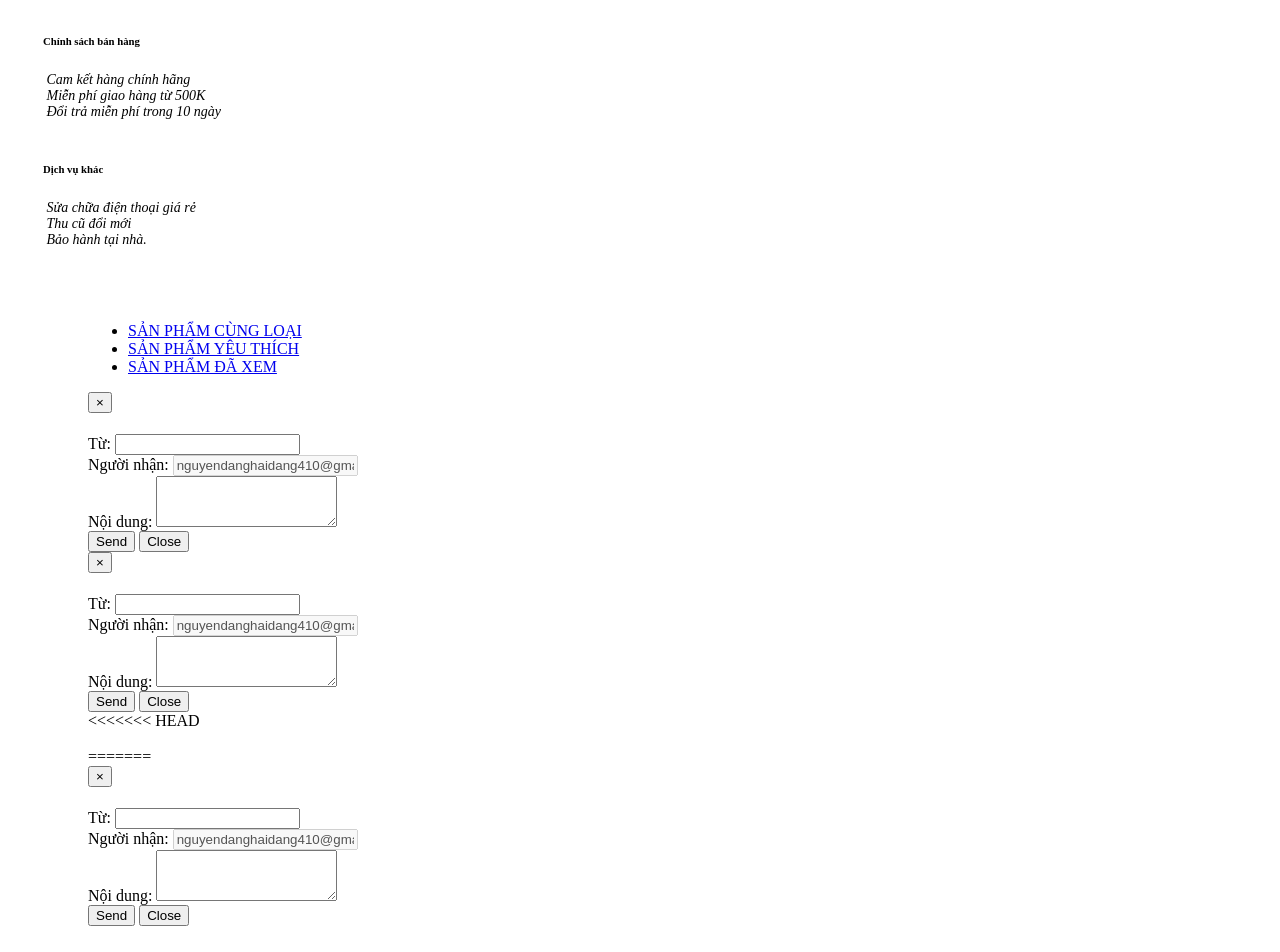
Repository: PhucDat28310/NaviProject
Page: http://localhost/CH_DT_Navi/WEB-INF/views/product/detail.jsp
These files come from the project's save history. The page is drawn as it stood at one moment and after the next save; the edit follows.
The browser window is 1280 px wide. The pictures show the part of the page from y = 1222 to 2174 px (the page is 2174 px tall before and 2156 px after).
The page is served by Tomcat 9. Nobody is signed in. Other server files are loaded and not shown. The template is opened directly, without the code that normally fills it, so the values that code supplies are empty.

Above is the page before, as saved 2023-03-30 04:14:33.

### CH-DT/CH_DT_Navi/src/main/webapp/WEB-INF/views/product/detail.jsp
<%@ page pageEncoding="utf-8"%>
<%@ taglib uri="http://java.sun.com/jstl/core_rt" prefix="c"%>
<%@ taglib uri="http://java.sun.com/jstl/fmt_rt" prefix="f"%>


<c:set var="cart" value="${sessionScope['scopedTarget.cartService']}" />
<br />
<div class="row">
	<div class="col-sm-9">
		<div class="ct1">
			<!-- SHOP PRODUCTS -->
			<div class="row">
				<div class="col-sm-5">

					<div class="product-image">
						<img src="/static/images/products/${prod.image}"
							title="${prod.name}">
					</div>
				</div>
				<div class="col-sm-7">
					<div class="san-pham-ct">
						<h3 style="color: black; font-weight: bold; text-align: left;">
							${prod.name}</h3>
						<p>
							Thương hiệu: <b>${prod.category.nameVN}</b> | SKU: ${prod.id}
						</p>
						<br /> <a href="/product/detail/${prod.id}"> <c:choose>
								<c:when test="${prod.discount > 0 }">
									<p
										style="background-color: red; width: 30px; height: 30px; text-align: right; float: right; position: relative; border-radius: 30px; margin-right: 110px">
										<span
											style="margin-left: -28px; margin-top: 5px; font-size: 14px; color: #fff; position: absolute;">
											-<f:formatNumber value="${prod.discount}" type="percent" />
										</span>
									</p>
								</c:when>
								<c:otherwise>

								</c:otherwise>
							</c:choose>


						</a>
						<p style="padding: 3px; font-size: 20px; font-weight: bold;">
							<c:choose>
								<c:when test="${prod.discount <= 0 }">
									<span
										style="text-align: left; font-weight: bold; color: red"><f:formatNumber
											value="${prod.unitPrice}" pattern="#,###" />VNĐ </span>
								</c:when>
								<c:otherwise>
									<span
										style="text-decoration: line-through; color: Gray; font-weight: bold;">
										<f:formatNumber value="${prod.unitPrice}" pattern="#,###" />
										VNĐ
									</span>
								</c:otherwise>
							</c:choose>
							<c:choose>
								<c:when test="${prod.discount > 0 }">
									<span style="margin-left: 5px; font-weight: bold; color: red">
										<f:formatNumber
											value="${prod.unitPrice * (1 - prod.discount)}"
											pattern="#,###" /> VNĐ
									</span>
								</c:when>
								<c:otherwise>

								</c:otherwise>
							</c:choose>
						</p>
						<p>
							Tình trạng: <span
								style="background-color: #99FF99; border-radius: 4px; padding: 3px; color: black; font-weight: bold;">${prod.available?'Còn hàng':'Hết hàng'}</span>
						</p>

						<div class="row">
							<div class="col-sm-6" data-id="${prod.id}">
								<button class="theo-vao-gio btn-add-to-carts"
									data-toggle="modal" data-target="#myModals">THÊM VÀO
									GIỎ</button>
							</div>

						</div>

					</div>
					<br>
					<div class="sp-km">
						<h6>Khuyến mãi liên quan</h6>
						<p>
							<img style="margin-top: -5px"
								src="/static/images/icon/icon_km.png" width="15px" height="15px">
							<span>Trả góp 0% + 0đ qua thẻ tín dụng</span>
						</p>
						<p>
							<img style="margin-top: -5px"
								src="/static/images/icon/icon_km.png" width="15px" height="15px">
							<span>Pin sạc dự phòng giảm 30% khi mua kèm</span>
						</p>
					</div>
				</div>
			</div>
		</div>
		<div class="sp-km">
			<p>${prod.description}</p>

		</div>
	</div>

	<!-- /SHOP PRODUCTS -->

	<div class="col-sm-3">
		<div class="ct2">
			<!-- SHOP SIDEBAR -->
			<b style="font-size: 15px; color: green;"><i class="fas fa-truck"></i>&nbsp;&nbsp;&nbsp;Sản
				phẩm được miễn phí giao hàng</b>
			<div class="sp-km">
				<h6>Chính sách bán hàng</h6>
				<i><i class="	far fa-check-circle ico"></i> &nbsp;Cam kết hàng
					chính hãng </i><br> <i><i class="fas fa-truck-monster ico"></i>
					&nbsp;Miễn phí giao hàng từ 500K</i><br> <i><i
					class="fas fa-redo ico"></i> &nbsp;Đổi trả miễn phí trong 10 ngày</i> <br>
				<br>
				<h6>Dịch vụ khác</h6>
				<i><i class="fas fa-hammer ico"></i> &nbsp;Sửa chữa điện thoại
					giá rẻ</i><br> <i><i class="fas fa-laptop ico"></i> &nbsp;Thu
					cũ đổi mới </i><br> <i><i class="fas fa-satellite-dish ico"></i>
					&nbsp;Bảo hành tại nhà.</i>
			</div>
			<!-- /SHOP SIDEBAR -->
		</div>
	</div>

</div>
</div>

<!-- /content -->
<br>


<!-- SP tương tự -->
<div class="container-fluid" style="padding: 0px 80px 0px 80px">
	<ul class="nav nav-tabs">
		<li class="active"><a data-toggle="tab" href="#tab1">SẢN PHẨM
				CÙNG LOẠI</a></li>
		<li><a data-toggle="tab" href="#tab2">SẢN PHẨM YÊU THÍCH</a></li>
		<li><a data-toggle="tab" href="#tab3">SẢN PHẨM ĐÃ XEM</a></li>
	</ul>

	<div class="tab-content">
		<div id="tab1" class="tab-pane fade in active">
			<div>
				<c:forEach var="p" items="${list}" begin="0" end="7">
					<div class="col-sm-3" style="padding: 5px 5px 5px 5px">
						<div class="thumbnail">

							<a href="/product/detail/${p.id}"> <c:choose>
									<c:when test="${p.discount > 0 }">
										<p
											style="background-color: red; width: 30px; height: 30px; text-align: right; float: right; position: relative; border-radius: 30px">
											<span
												style="margin-left: -28px; margin-top: 5px; font-size: 14px; color: #fff; position: absolute;">
												-<f:formatNumber value="${p.discount}" type="percent" />
											</span>
										</p>
									</c:when>
									<c:otherwise>

									</c:otherwise>
								</c:choose> <img style="margin-right: 30px; margin-top: 5px"
								class="estore-prod" src="/static/images/products/${p.image}"
								title="${p.name}">
							</a>

							<div class="caption">
								<p style="padding: 3px; text-align: center; color: black">
									<b>${p.name}</b>
								</p>
								<p
									style="padding: 3px; font-size: 15px; text-align: center; font-weight: bold;">
									<c:choose>
										<c:when test="${p.discount <= 0 }">
											<span style="text-align: left; font-weight: bold; color:red"><f:formatNumber
													value="${p.unitPrice}" pattern="#,###" />VNĐ </span>
										</c:when>
										<c:otherwise>
											<span
												style="text-decoration: line-through; color: Gray; font-weight: bold;">
												<f:formatNumber value="${p.unitPrice}" pattern="#,###" />
												VNĐ
											</span>
										</c:otherwise>
									</c:choose>
									<c:choose>
										<c:when test="${p.discount > 0 }">
											<span style="margin-left: 5px; font-weight: bold; color:red"> <f:formatNumber
													value="${p.unitPrice * (1 - p.discount)}" pattern="#,###" />
												VNĐ
											</span>
										</c:when>
										<c:otherwise>

										</c:otherwise>
									</c:choose>

								</p>
								<br /> <br />
								<div data-id="${p.id}" class="pull-center text-center">
									<button class="btn btn-sm btn-danger btn-add-to-cart">
										<i class="glyphicon glyphicon-shopping-cart"></i>
									</button>
									<button class="btn btn-sm btn-warning btn-star">
										<i class="glyphicon glyphicon-star"></i>
									</button>
									<button class="btn btn-sm btn-success btn-open-dialog"
										data-toggle="modal" data-target="#myModal">
										<i class="glyphicon glyphicon-envelope"></i>
									</button>
								</div>
							</div>


						</div>
					</div>

				</c:forEach>


				<jsp:include page="dialog.jsp" />
			</div>
		</div>
		<div id="tab2" class="tab-pane fade">
			<div>
				<c:forEach var="p" items="${favo}" begin="0" end="7">
					<div class="col-sm-3" style="padding: 5px 5px 5px 5px">
						<div class="thumbnail">

							<a href="/product/detail/${p.id}"> <c:choose>
									<c:when test="${p.discount > 0 }">
										<p
											style="background-color: red; width: 30px; height: 30px; text-align: right; float: right; position: relative; border-radius: 30px">
											<span
												style="margin-left: -28px; margin-top: 5px; font-size: 14px; color: #fff; position: absolute;">
												-<f:formatNumber value="${p.discount}" type="percent" />
											</span>
										</p>
									</c:when>
									<c:otherwise>

									</c:otherwise>
								</c:choose> <img style="margin-right: 30px; margin-top: 5px"
								class="estore-prod" src="/static/images/products/${p.image}"
								title="${p.name}">
							</a>

							<div class="caption">
								<p style="padding: 3px; text-align: center; color: black">
									<b>${p.name}</b>
								</p>
								<p
									style="padding: 3px; font-size: 15px; text-align: center; font-weight: bold;">
									<c:choose>
										<c:when test="${p.discount <= 0 }">
											<span style="text-align: left; font-weight: bold; color: red"><f:formatNumber
													value="${p.unitPrice}" pattern="#,###" />VNĐ </span>
										</c:when>
										<c:otherwise>
											<span
												style="text-decoration: line-through; color: Gray; font-weight: bold;">
												<f:formatNumber value="${p.unitPrice}" pattern="#,###" />
												VNĐ
											</span>
										</c:otherwise>
									</c:choose>
									<c:choose>
										<c:when test="${p.discount > 0 }">
											<span style="margin-left: 5px; font-weight: bold; color: red"> <f:formatNumber
													value="${p.unitPrice * (1 - p.discount)}" pattern="#,###" />
												VNĐ
											</span>
										</c:when>
										<c:otherwise>

										</c:otherwise>
									</c:choose>

								</p>
								<br /> <br />
								<div data-id="${p.id}" class="pull-center text-center">
									<button class="btn btn-sm btn-danger btn-add-to-cart">
										<i class="glyphicon glyphicon-shopping-cart"></i>
									</button>
									<button class="btn btn-sm btn-warning btn-star">
										<i class="glyphicon glyphicon-star"></i>
									</button>
									<button class="btn btn-sm btn-success btn-open-dialog"
										data-toggle="modal" data-target="#myModal">
										<i class="glyphicon glyphicon-envelope"></i>
									</button>
								</div>
							</div>


						</div>
					</div>

				</c:forEach>


				<jsp:include page="dialog.jsp" />
			</div>
		</div>
		<div id="tab3" class="tab-pane fade">
			<div>
				<c:forEach var="p" items="${viewed}" begin="0" end="7">
					<div class="col-sm-3" style="padding: 5px 5px 5px 5px">
						<div class="thumbnail">

							<a href="/product/detail/${p.id}"> <c:choose>
									<c:when test="${p.discount > 0 }">
										<p
											style="background-color: red; width: 30px; height: 30px; text-align: right; float: right; position: relative; border-radius: 30px">
											<span
												style="margin-left: -28px; margin-top: 5px; font-size: 14px; color: #fff; position: absolute;">
												-<f:formatNumber value="${p.discount}" type="percent" />
											</span>
										</p>
									</c:when>
									<c:otherwise>

									</c:otherwise>
								</c:choose> <img style="margin-right: 30px; margin-top: 5px"
								class="estore-prod" src="/static/images/products/${p.image}"
								title="${p.name}">
							</a>

							<div class="caption">
								<p style="padding: 3px; text-align: center; color: black">
									<b>${p.name}</b>
								</p>
								<p
									style="padding: 3px; font-size: 15px; text-align: center; font-weight: bold;">
									<c:choose>
										<c:when test="${p.discount <= 0 }">
											<span style="text-align: left; font-weight: bold; color: red"><f:formatNumber
													value="${p.unitPrice}" pattern="#,###" />VNĐ </span>
										</c:when>
										<c:otherwise>
											<span
												style="text-decoration: line-through; color: Gray; font-weight: bold;">
												<f:formatNumber value="${p.unitPrice}" pattern="#,###" />
												VNĐ
											</span>
										</c:otherwise>
									</c:choose>
									<c:choose>
										<c:when test="${p.discount > 0 }">
											<span style="margin-left: 5px; font-weight: bold; color: red"> <f:formatNumber
													value="${p.unitPrice * (1 - p.discount)}" pattern="#,###" />
												VNĐ
											</span>
										</c:when>
										<c:otherwise>

										</c:otherwise>
									</c:choose>

								</p>
								<br /> <br />
								<div data-id="${p.id}" class="pull-center text-center">
									<button class="btn btn-sm btn-danger btn-add-to-cart">
										<i class="glyphicon glyphicon-shopping-cart"></i>
									</button>
									<button class="btn btn-sm btn-warning btn-star">
										<i class="glyphicon glyphicon-star"></i>
									</button>
									<button class="btn btn-sm btn-success btn-open-dialog"
										data-toggle="modal" data-target="#myModal">
										<i class="glyphicon glyphicon-envelope"></i>
									</button>
								</div>
							</div>


						</div>
					</div>

				</c:forEach>

			</div>
		</div>
<<<<<<< HEAD
</div>
	<br />
=======
		<jsp:include page="dialog.jsp" />
	</div>
</div>

<br />

<jsp:include page="dialog_cart.jsp" />
<style>
.thumbnail:hover {
	-webkit-box-shadow: 1px 3px 27px 2px rgba(0, 0, 0, 0.42);
	-moz-box-shadow: 1px 3px 27px 2px rgba(0, 0, 0, 0.42);
	box-shadow: 1px 3px 27px 2px rgba(0, 0, 0, 0.42);
}

.pull-center {
	margin-top: -30px;
}

.caption {
	height: 150px
}

.mua-ngay {
	border-radius: 5px;
	padding: 5px 10px;
	text-align: center;
	background-color: rgb(20, 53, 195);
	border: none;
	color: #fff;
	font-weight: 800;
	width: 100%;
	font-size: 18px;
}

.theo-vao-gio {
	border-radius: 5px;
	padding: 5px;
	text-align: center;
	background-image: linear-gradient(-90deg, rgb(240, 232, 8),
		rgb(248, 32, 32));
	border: none;
	color: #fff;
	font-weight: 800;
	width: 100%;
	font-size: 18px;
}

.ct1 {
	background-color: #fff;
	padding: 30px 40px;
	border-radius: 10px;
}

.ct2 {
	background-color: #fff;
	padding: 30px 20px;
	border-radius: 10px;
}

.product-image img {
	width: 100%;
	height: 100%;
}

.sp-km {
	padding-top: 15px;
	border-top: 1px dotted green;
	padding: 15px 0px 10px 15px
}

.sp-km li {
	font-size: 15px;
}

.sp-km p {
	font-size: 15px;
	line-height: 16px;
}

.sp-km i {
	font-size: 14px;
	line-height: 16px;
}

.sp-km .ico {
	color: #0c78aa;
}

.san-pham-ct p {
	margin-top: -5px;
	color: #616060;
}

.san-pham-ct b {
	color: #076692;
}

.san-pham-ct u {
	color: #fa0606;
	font-weight: bold;
	font-size: x-large;
}
</style>

### CH-DT/CH_DT_Navi/src/main/webapp/WEB-INF/views/product/dialog.jsp
<%@ page pageEncoding="utf-8"%>


<!-- Modal -->
<div id="myModal" class="modal fade" role="dialog">
	<div class="modal-dialog">

		<!-- Modal content-->
		<div class="modal-content">
			<div class="modal-header">
				<button type="button" class="close" data-dismiss="modal">&times;</button>
				<h4 class="modal-title"></h4>
			</div>
			<div class="modal-body">
				<div class="form-group">
					<label>Từ:</label>
					<input id="email" class="form-control">
				</div>
				<div class="form-group">
					<label>Người nhận:</label>
					<input disabled="disabled" value="nguyendanghaidang410@gmail.com" id="sender" class="form-control">
				</div>
				<div class="form-group">
					<label>Nội dung:</label>
					<textarea id="comments" class="form-control" rows="3"></textarea>
				</div>
				<input type="hidden" id="id">
			</div>
			<div class="modal-footer">
				<button class="btn btn-default btn-send">Send</button>
				<button class="btn btn-default" data-dismiss="modal">Close</button>
			</div>
		</div>

	</div>
</div>

### CH-DT/CH_DT_Navi/src/main/webapp/WEB-INF/views/product/dialog_cart.jsp
<%@ page pageEncoding="utf-8"%>
<%@ taglib uri="http://java.sun.com/jstl/core_rt" prefix="c"%>
<%@ taglib uri="http://java.sun.com/jstl/fmt_rt" prefix="f"%>

<c:set var="cart" value="${sessionScope['scopedTarget.cartService']}" />

<!-- Modal -->
<c:forEach var="p" items="${list}">
<div id="myModals" class="modal fade" role="dialog">
	<div class="modal-dialog">

		<!-- Modal content-->
		<div class="modal-content">
			<div class="modal-header">
			<h4 class="modal-title text-center">Thông báo</h4>
				<button type="button" class="close" data-dismiss="modal">&times;</button>
			</div>
			<div style="padding: 20px 10px 20px 10px;font-size: 16px">
				Bạn đã thêm sản phẩm <b> ${p.name} </b>vào giỏ hàng!
			</div>
			<div class="modal-footer text-center">
				<a style="width: 300px" class="btn btn-primary " href="/cart/view">Xem giỏ hàng</a>
				<button style="width: 100px;height: 35px;border:1px solid red;background-color: #C0C0C0" type="button" class="btn btn-dark close" data-dismiss="modal">OK</button>
			</div>
		</div>

	</div>
</div>
</c:forEach>

After the next save:
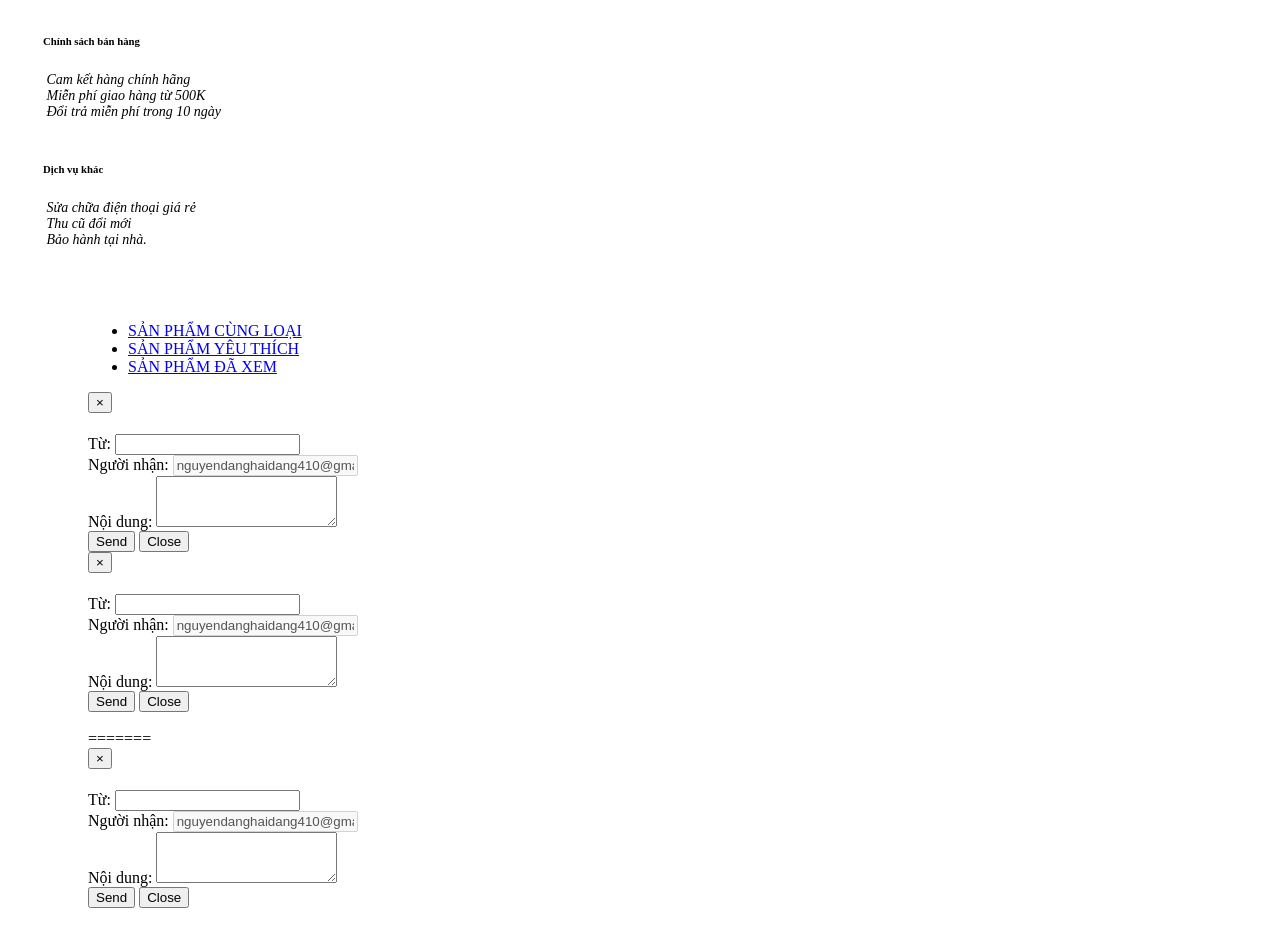
Saved 20 s later.
--- a/CH-DT/CH_DT_Navi/src/main/webapp/WEB-INF/views/product/detail.jsp
+++ b/CH-DT/CH_DT_Navi/src/main/webapp/WEB-INF/views/product/detail.jsp
@@ -389,7 +389,7 @@
 
 			</div>
 		</div>
-<<<<<<< HEAD
+
 </div>
 	<br />
 =======
